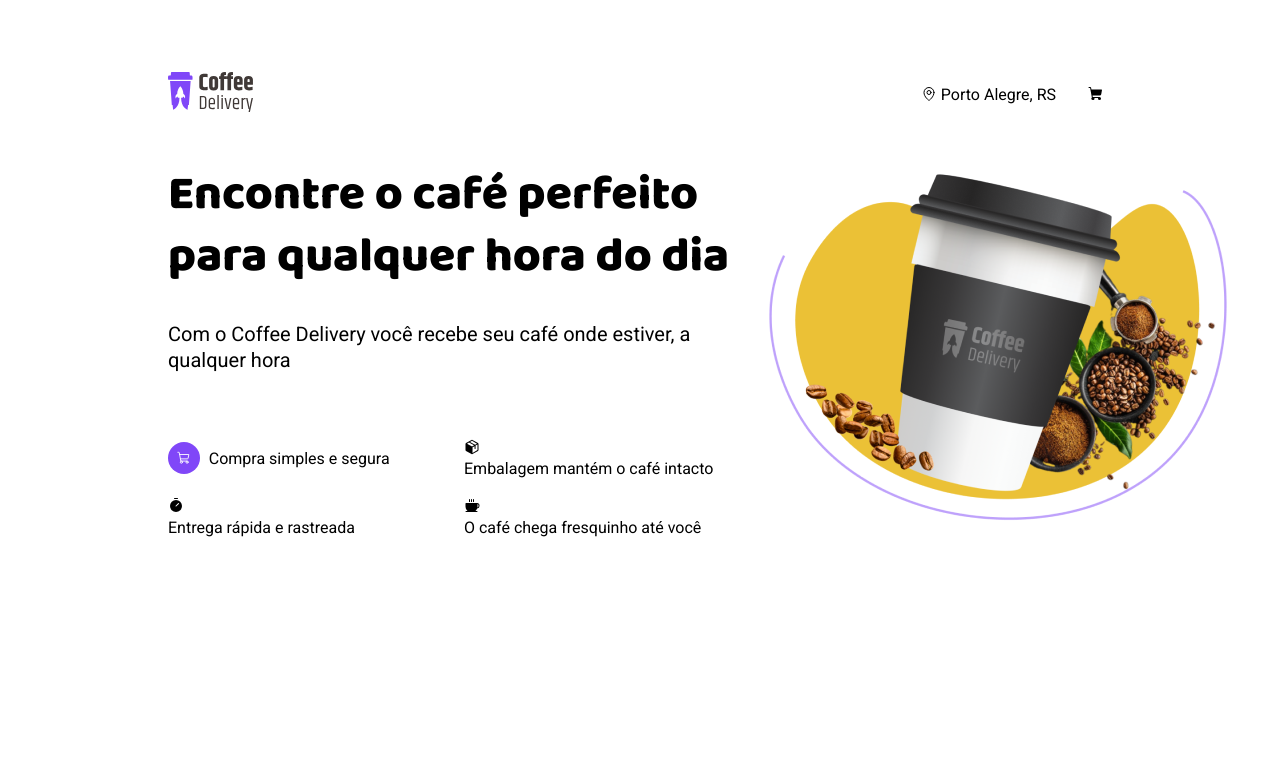
Repository: guilhermecardoso93/react-coffee-delivery
Page: /
The author's editor kept a copy of each file at every save. The page is drawn from the files as they stood at one save, then again after the next save.
The browser window is 1280 px wide. The pictures show the whole page.
The project was rebuilt for these pictures with package versions that can differ from the ones it lists, and the page was loaded fresh each time. Also part of the build but not shown: vite.config.ts.

Above is the page before, as saved 2022-07-17 17:37:00.

### index.html
<!DOCTYPE html>
<html lang="en">
  <head>
    <meta charset="UTF-8" />
    <link rel="icon" type="image/svg+xml" href="/src/assets/favicon.ico" />
    <link rel="preconnect" href="https://fonts.googleapis.com" />
    <link rel="preconnect" href="https://fonts.gstatic.com" crossorigin />
    <meta name="viewport" content="width=device-width, initial-scale=1.0" />
    <link
      href="https://fonts.googleapis.com/css2?family=Baloo+2:wght@700;800&family=Roboto:wght@400;500;700&display=swap"
      rel="stylesheet"
    />
    <title>Coffee Delivery - Rocketseat</title>
  </head>
  <body>
    <div id="root"></div>
    <script type="module" src="/src/main.tsx"></script>
  </body>
</html>

### src/App.tsx
import { ThemeProvider } from "styled-components";
import { defaultTheme } from "./styles/themes/default";
import { GlobalStyle } from "./styles/global";
import { Router } from "./Router";
import { BrowserRouter } from "react-router-dom";

export function App() {
  return (
    <ThemeProvider theme={defaultTheme}>
      <BrowserRouter>
        <Router />
        <GlobalStyle />
      </BrowserRouter>
    </ThemeProvider>
  );
}

### src/styles/themes/default.ts
export const defaultTheme = {
  colors: {
    white: "#FFFFFF",
    background: "#FAFAFA",
    "base-card": "#F3F2F2",
    "base-input": "#EDEDED",
    "base-button": "#E6E5E5",
    "base-hover": "#D7D5D5",
    "base-label": "#8D8686",
    "base-text": "#574F4D",
    "base-subtitle": "#403937",
    "base-title": "#272221",
    "base-error": "#f84747",
    "brand-purple-dark": "#4B2995",
    "brand-purple": "#8047F8",
    "brand-purple-light": "#EBE5F9",
    "brand-yellow-dark": "#C47F17",
    "brand-yellow": "#DBAC2C",
    "brand-yellow-light": "#F1E9C9"
  }
};

### src/styles/global.ts
import { createGlobalStyle } from "styled-components";

export const GlobalStyle = createGlobalStyle`
   * {
    margin: 0;
    padding: 0;
    box-sizing: border-box;
   }


   body {
    background-color: ${(props) => props.theme["background"]};
    color: ${(props) => props.theme["base-text"]};
    -webkit-font-smoothing: antialiased;

    overflow-wrap: break-word;
    word-wrap: break-word;
    word-break: break-word;

   }

   body, input, text-area, button{
    font-family: 'Roboto', sans-serif;
    font-weight: 400;
    font-size: 1rem;
   }
 `;

### src/Router.tsx
import { Route, Routes } from "react-router-dom";
import { Home } from "./components/pages/components/Home";
import { DefaultLayout } from "./layouts/DefaultLayout";

export function Router() {
  return (
    <Routes>
      <Route path="/" element={<DefaultLayout />}>
        <Route path="/" element={<Home />} />
      </Route>
    </Routes>
  );
}

### src/components/pages/components/Home/index.tsx
import { Coffee, MapPin, Package, ShoppingCart, Timer } from "phosphor-react";
import { ReactNode } from "react";
import { useTheme } from "styled-components";
import CoffeHome from "../../../../assets/intro-img.png";
import { HomeContainer, HomeList, IconList } from "./styles";

interface BenefitItemProps {
  iconBg: string;
}

export function Home({ iconBg }: BenefitItemProps) {
  const { colors } = useTheme();

  return (
    <HomeContainer>
      <div>
        <h1>Encontre o café perfeito para qualquer hora do dia</h1>
        <p className="homeSpan">
          Com o Coffee Delivery você recebe seu café onde estiver, a qualquer
          hora
        </p>
        <HomeList>
          <IconList iconBg={colors["brand-purple"]}>
            <div >
              <ShoppingCart size={14} />
            </div>
            <p>Compra simples e segura</p>
          </IconList>
          <span>
            <Package size={16} weight="fill" />
            <p>Embalagem mantém o café intacto</p>
          </span>
          <span>
            <Timer size={16} weight="fill" />
            <p>Entrega rápida e rastreada</p>
          </span>
          <span>
            <Coffee size={16} weight="fill" />
            <p>O café chega fresquinho até você</p>
          </span>
        </HomeList>
      </div>
      <div>
        <img src={CoffeHome} alt="" />
      </div>
    </HomeContainer>
  );
}

### src/components/pages/components/Home/styles.ts
import styled from "styled-components";

interface IconsContainerProps {
  iconBg: string;
}

export const HomeContainer = styled.main`
  display: flex;
  align-items: center;
  justify-content: space-between;
  flex-direction: row;

  h1 {
    font-family: "Baloo 2";
    font-style: normal;
    font-weight: 800;
    font-size: 48px;
    line-height: 130%;
    width: 36.75rem;
    margin-bottom: 2rem;
  }

  .homeSpan {
    font-family: "Roboto";
    font-style: normal;
    font-weight: 400;
    font-size: 20px;
    line-height: 130%;
    width: 37rem;
  }
`;

export const HomeList = styled.div`
  display: grid;
  grid-template-columns: 1fr 1fr;
  row-gap: 1.25rem;
  margin-top: 4.125rem;
`;

export const IconList = styled.span<IconsContainerProps>`
  width: 75%;
  display: flex;
  align-items: center;
  justify-content: space-evenly;
  gap: 0.5rem;

  div {
    display: flex;
    flex-direction: row;
    justify-content: center;
    align-items: center;
    padding: 8px;
    gap: 8px;
    background: ${({ iconBg }) => iconBg};
    width: 32px;
    height: 32px;
    color: ${(props) => props.theme.colors["white"]};
    border-radius: 50%;
    border: none;
  }
`;

### src/components/Header/index.tsx
import { MapPin, ShoppingCart } from "phosphor-react";
import Logo from "../../assets/logo.svg";
import { HeaderContainer } from "./styles";

export function Header() {
  return (
    <HeaderContainer>
      <div>
        <img src={Logo} alt="" />
      </div>
      <div className="headerInfos">
        <div className="local">
          <MapPin size={16} />
          Porto Alegre, RS
        </div>
        <span className="headerCar">
          <ShoppingCart size={16} weight="fill" />
        </span>
      </div>
    </HeaderContainer>
  );
}

### src/layouts/DefaultLayout/styles.ts
import styled from "styled-components";

export const LayoutContainer = styled.div`
  max-width: 80vw;
  height: calc(100vh - 1rem);
  margin: 2rem auto;
  padding: 2.5rem;
  gap: 3rem;

  display: flex;
  flex-direction: column;
`;

### src/components/Header/styles.ts
import styled from "styled-components";

export const HeaderContainer = styled.header`
  display: flex;
  align-items: center;
  justify-content: space-between;

  nav {
    display: flex;
    gap: 0.5rem;
  }

  .headerInfos {
    display: flex;
    align-items: center;
    justify-content: center;
    gap: 1rem;
  }

  .local {
    display: flex;
    flex-direction: row;
    justify-content: center;
    align-items: center;
    padding: 8px;
    gap: 4px;
    border-radius: 6px;

    background-color: ${(props) => props.theme["brand-purple-light"]};
    color: ${(props) => props.theme["brand-purple-dark"]};
  }

  .headerCar {
    display: flex;
    flex-direction: row;
    justify-content: center;
    align-items: center;
    padding: 8px;
    gap: 4px;
    border-radius: 6px;

    background-color: ${(props) => props.theme["brand-yellow-light"]};
    color: ${(props) => props.theme["brand-yellow-dark"]};
  }
`;

Loaded but not shown: src/main.tsx (common file); src/layouts/DefaultLayout/index.tsx (common file)

After the next save:
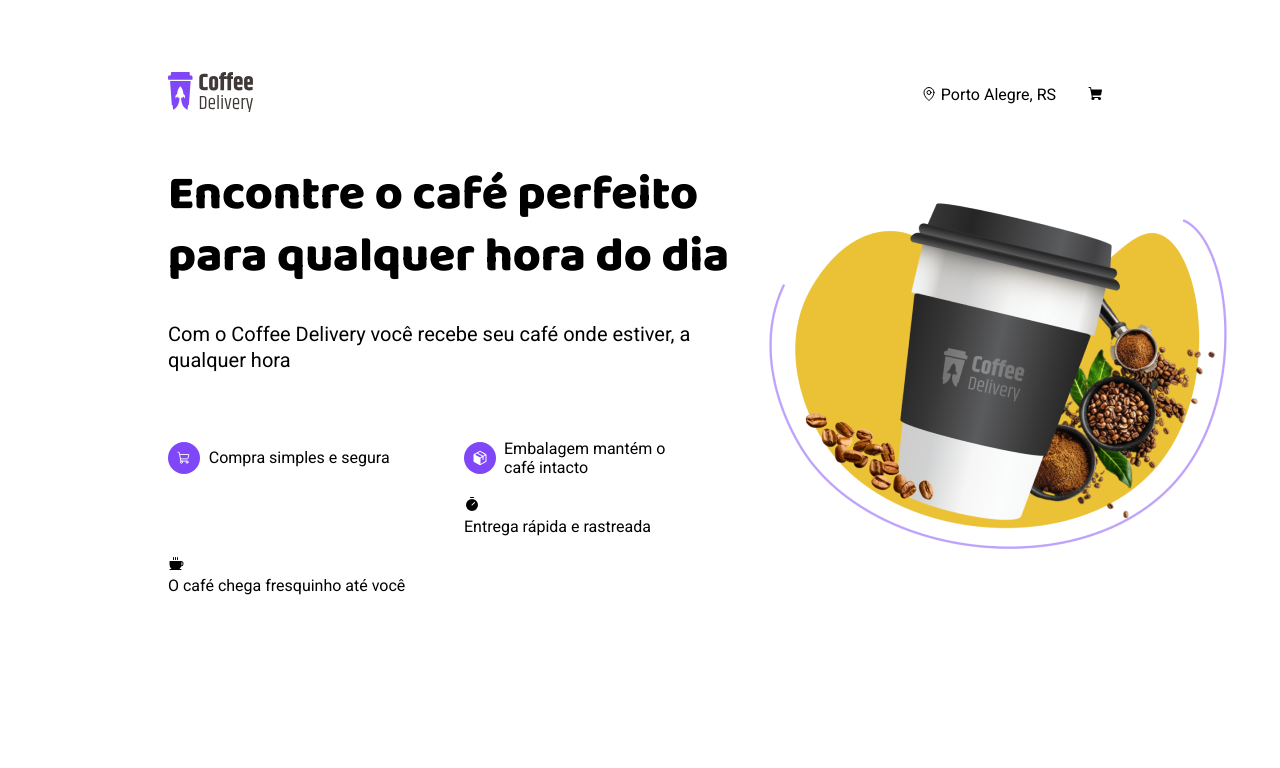
Saved 49 s later.
--- a/src/components/pages/components/Home/index.tsx
+++ b/src/components/pages/components/Home/index.tsx
@@ -26,9 +26,15 @@
             </div>
             <p>Compra simples e segura</p>
           </IconList>
+          <IconList iconBg={colors["brand-purple"]}>
+            <div >
+            <Package size={16} weight="fill" />
+            </div>
+            <p>Embalagem mantém o café intacto</p>
+          </IconList>
           <span>
-            <Package size={16} weight="fill" />
-            <p>Embalagem mantém o café intacto</p>
+
+            <p></p>
           </span>
           <span>
             <Timer size={16} weight="fill" />
